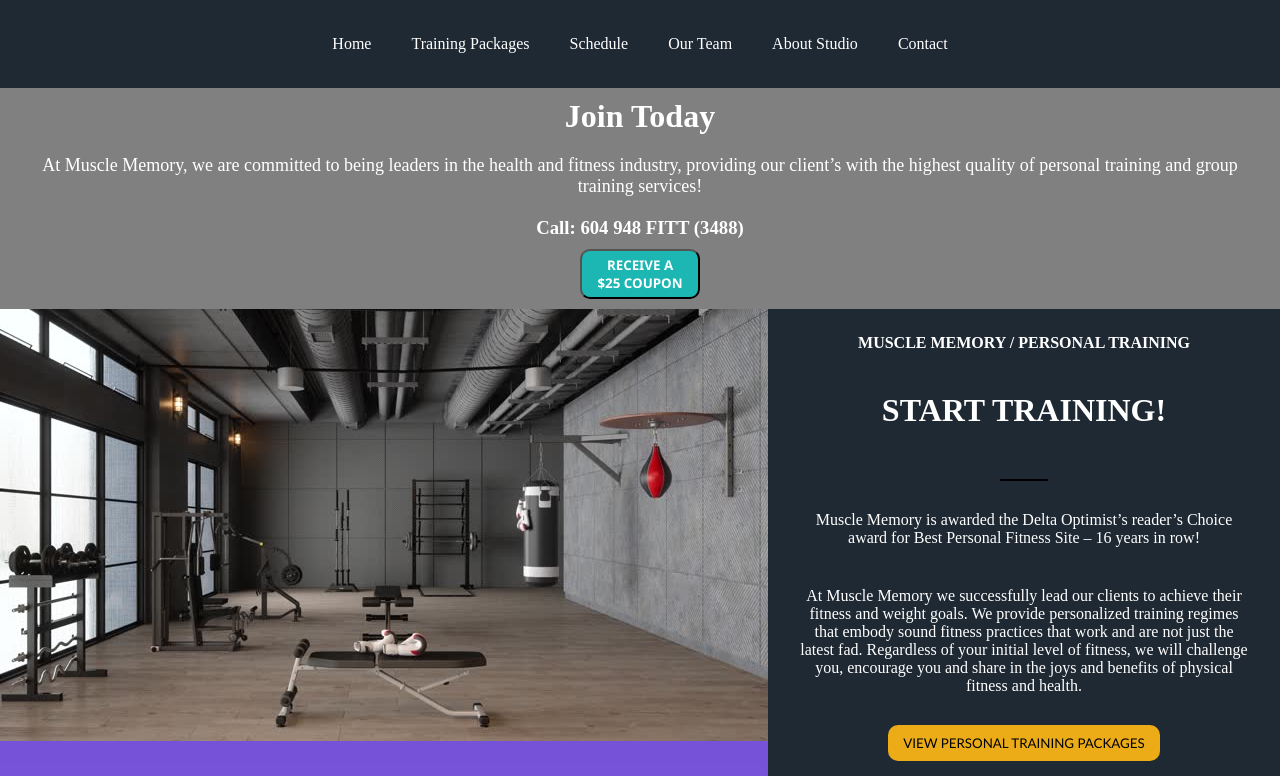
Repository: MujtabaHabib/muscle-memory-website
Page: index.html
An editor plug-in stored every save of this project. The page is shown before and after a run of saves, followed by the edit.
The browser window is 1280 px wide. The pictures show the whole page.
The pointer rests on the first visible `.details button`.

Above is the page before, as saved 2026-01-27 05:15:14.

### index.html
<!DOCTYPE html>
<html lang="en">

<head>
    <meta charset="UTF-8">
    <meta name="viewport" content="width=device-width, initial-scale=1.0">
    <title>Muscle Memory</title>
    <link rel="stylesheet" href="style.css">
</head>

<body>
    <div class="container">
        <nav>
            <ul class="list">
                <li><a href="#">Home</a></li>
                <li><a href="#">Training Packages</a></li>
                <li><a href="#">Schedule</a></li>
                <li><a href="#">Our Team</a></li>
                <li><a href="#">About Studio</a></li>
                <li><a href="#">Contact</a></li>
            </ul>
        </nav>
        <div class="details">
            <h1>Join Today</h1>
            <p>At Muscle Memory, we are committed to being leaders in the health and fitness industry,
                providing our client’s with the highest quality of personal training and group training
                services!</p>

            <h3>Call: 604 948 FITT (3488)</h3>
            <button>RECEIVE A $25 COUPON</button>
        </div>
        <div class="box">
            <div class="gym">
                <img src="gym.jpg" alt="gym">
            </div>
            <div class="message">
                <h4>MUSCLE MEMORY / PERSONAL TRAINING</h4>
                <h1 >START TRAINING!</h1>
                <hr>
                <p>Muscle Memory is awarded the Delta Optimist’s
                    reader’s Choice award for Best Personal
                    Fitness Site – 16 years in row!</p>
                <p>At Muscle Memory we successfully lead our clients to achieve their fitness and weight goals. We
                    provide personalized training regimes that embody sound fitness practices that work and are not just
                    the latest fad. Regardless of your initial level of fitness, we will challenge you, encourage you
                    and share in the joys and benefits of physical fitness and health.</p>
                <button>VIEW PERSONAL TRAINING PACKAGES</button>
            </div>
        </div>
    </div>

</body>

</html>

### style.css
* {
    margin: 0;
    padding: 0;
}

.list {
    display: flex;
    padding: 15px;
    justify-content: center;
    align-items: center;
    background-color: #1f2933;
}

.list a {
    text-decoration: none;
    color: white;
}

.list li {
    padding: 20px;
    list-style-type: none;
}

.details {
    text-align: center;
    background-color: gray;
    color: white;
}

.details button {
    height: 50px;
    width: 120px;
}

.details h1,
.details h3,
.details p,
.details button {
    padding: 10px 15px 10px;

}

.details p {
    font-size: 18px;
    justify-content: center;
}
.details button{
    padding-top: 5px;
    font-family: 'Segoe UI', Tahoma, Geneva, Verdana, sans-serif;
    margin-bottom: 10px;
    background-color:rgb(28, 182, 179);
    border-radius: 10px;
    color:white;
    font-weight:bold ;
    border-color: black;
}
hr {
    border: none;
    border-top: 2px solid #000000;
    width: 10%;
    margin: 20px auto;
    align-items: flex-start;
}

.box {
    display: flex;
    align-items: space-between;
    color: white;
    background-color: #6b44d6eb;
}

.message {

    padding: 15px;
    justify-content: center;
    text-align: center;
    background-color: #1f2933;

}

.message h1,
.message h4,
.message p {

    padding: 10px 15px 30px;
}

.message button{
    padding: 10px 15px 10px;
    background-color: rgb(236, 172, 24);
    font-family:'Gill Sans', 'Gill Sans MT', Calibri, 'Trebuchet MS', sans-serif;
    border-radius: 10px;
    border: #1f2933;

}

.message button:hover{
    background-color: green;
    color: white;

}

After the next 10 saves:
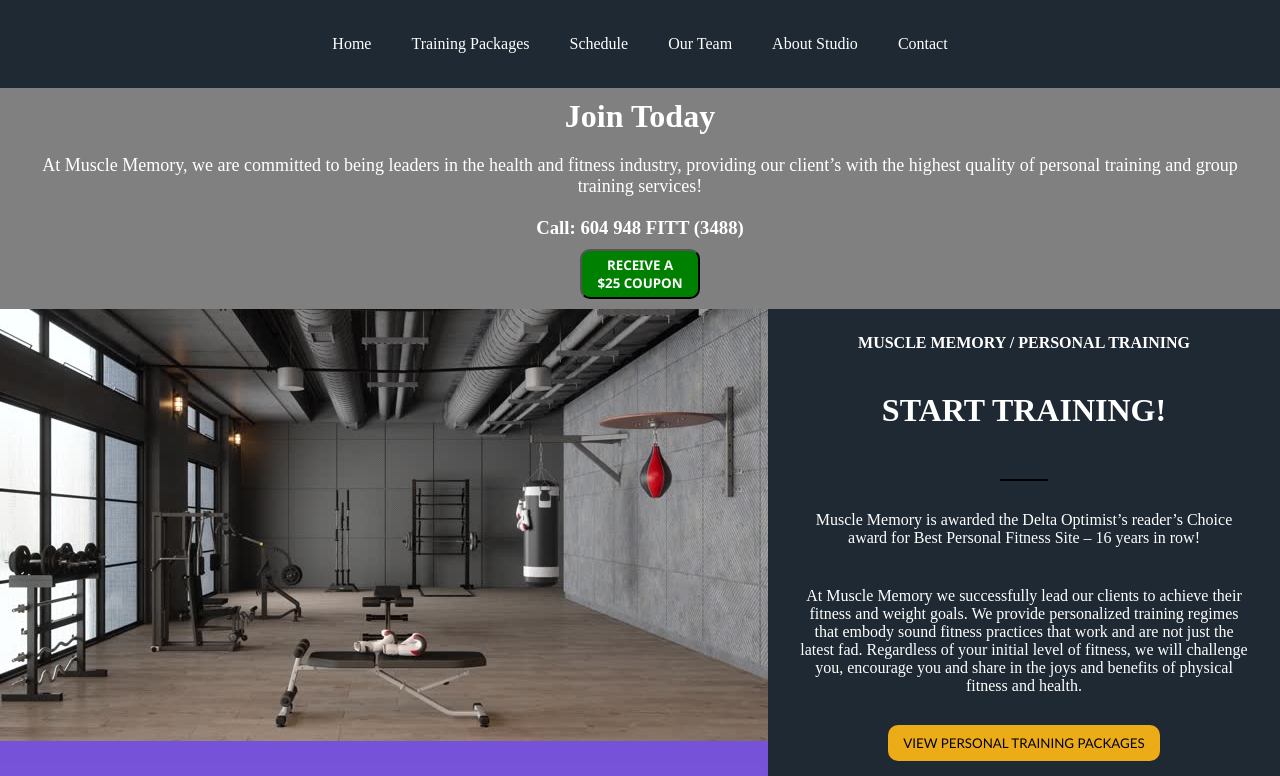
The 10 saves are shown as one change because they came seconds apart.
The last was saved 37 s later.
--- a/style.css
+++ b/style.css
@@ -54,6 +54,10 @@
     font-weight:bold ;
     border-color: black;
 }
+.details button:hover{
+    background-color: green;
+    color:white;
+}
 hr {
     border: none;
     border-top: 2px solid #000000;
